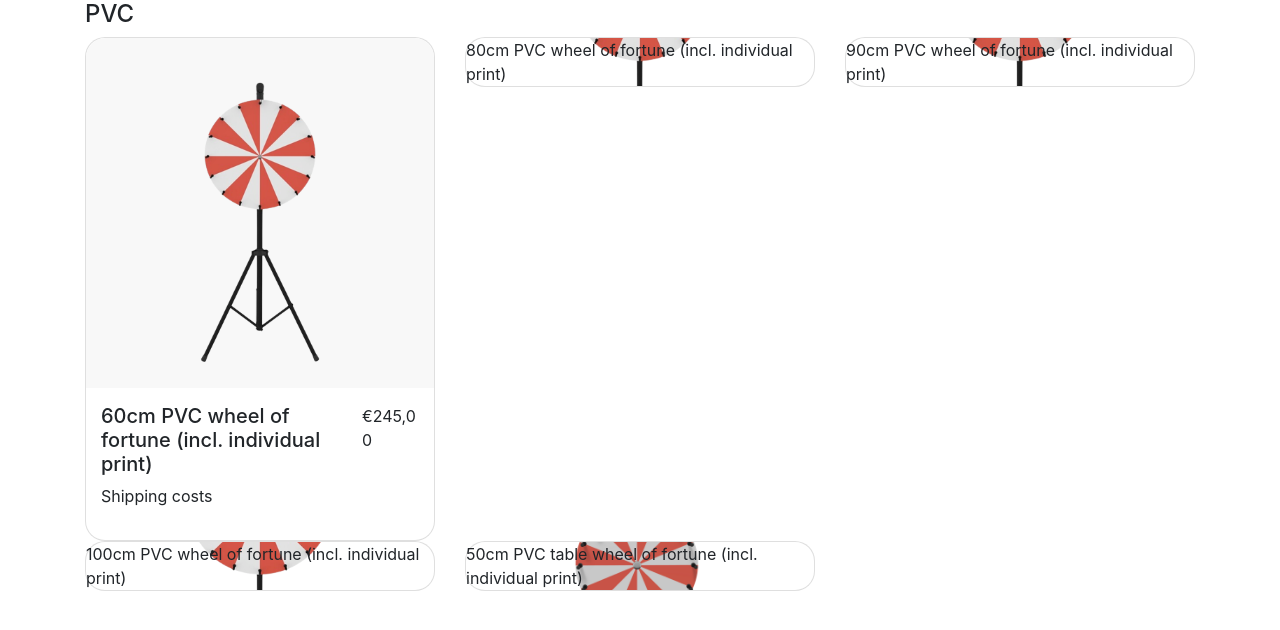
Repository: Awaisp-irfan/fahad-project
Page: pvc.html
The author's editor kept a copy of each file at every save. The page is drawn from the files as they stood at one save, then again after the next save.
The browser window is 1280 px wide. The pictures show the whole page.

Above is the page before, as saved 2022-06-30 09:12:39.

After the next save:
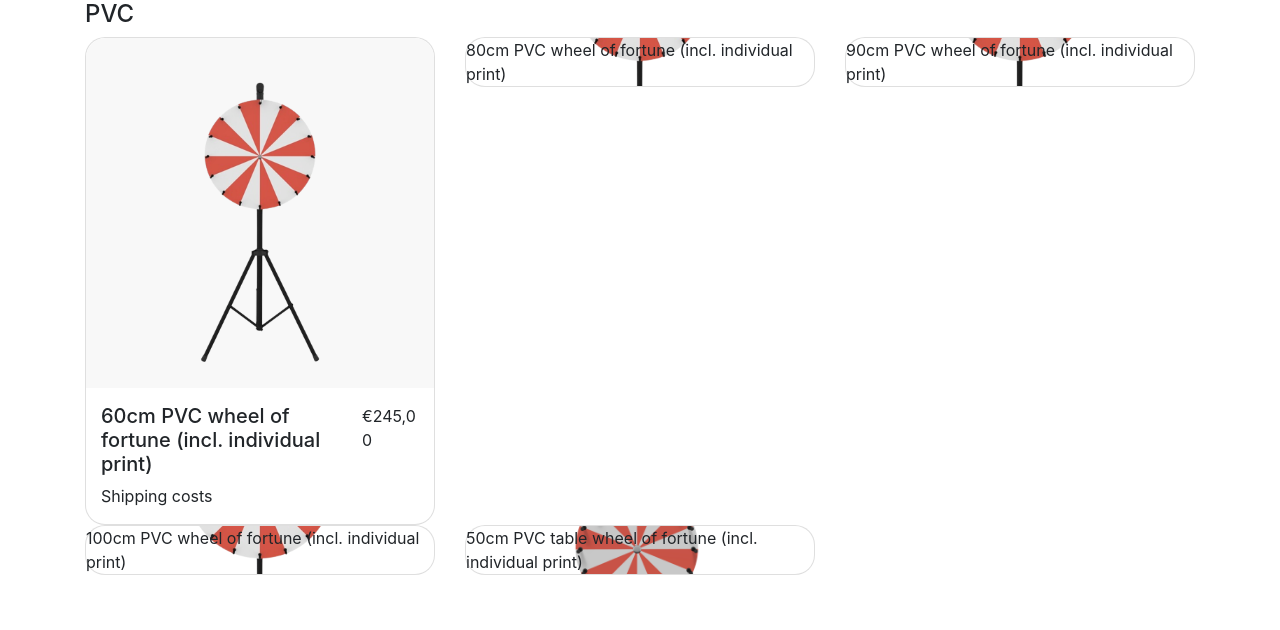
Saved 20 s later.
--- a/pvc.html
+++ b/pvc.html
@@ -31,7 +31,7 @@
             <div class="cm60-content d-flex justify-content-between my-lg-3">
               <div class="col-lg-9">
                 <h5>60cm PVC wheel of fortune (incl. individual print)</h5>
-                <p>Shipping costs</p>
+                <p class="m-0">Shipping costs</p>
               </div>
               <div class="col-lg-3">€245,00</div>
             </div>
